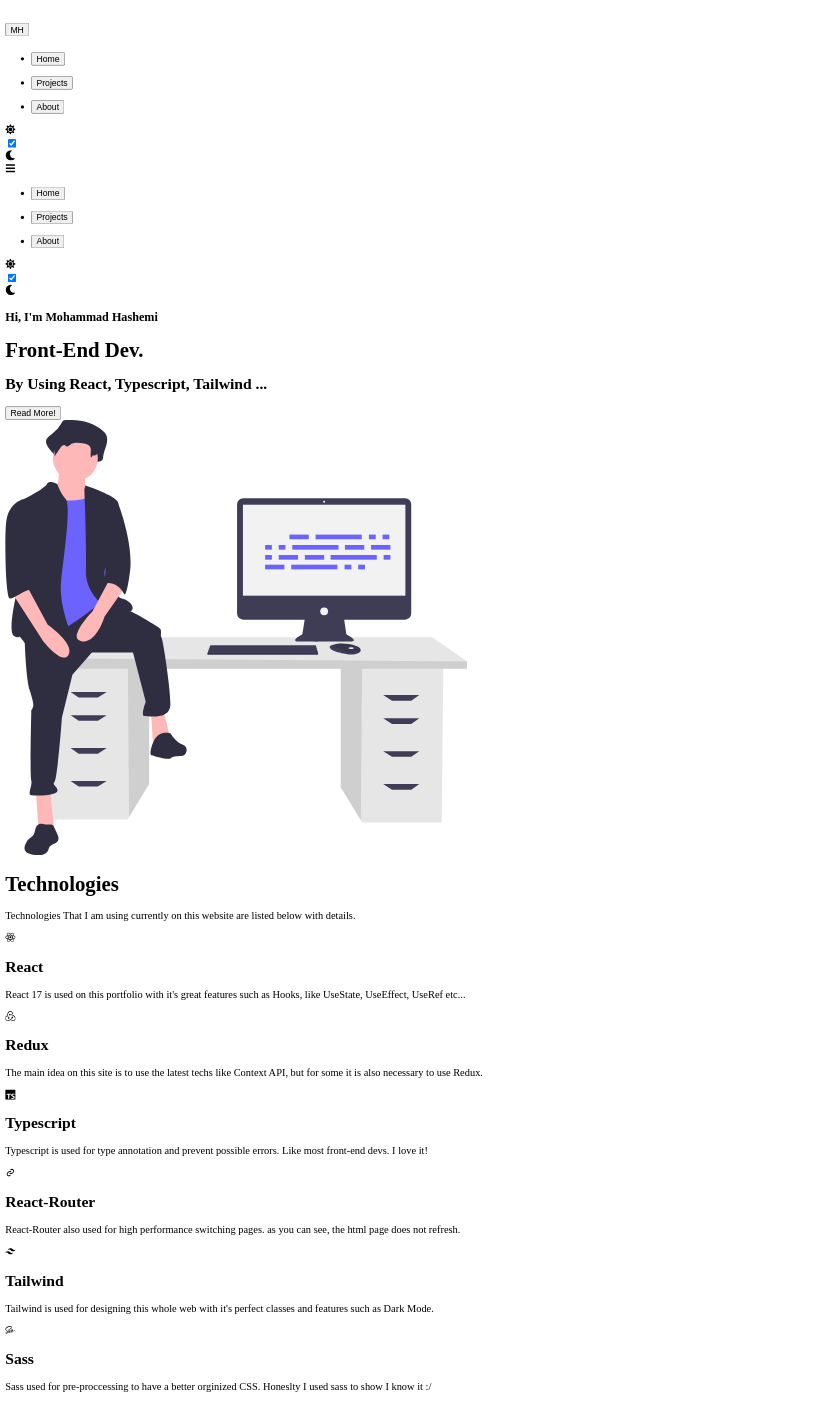
Repository: SMohammadH/react-typescript-tailwind
Page: /
These files come from the project's save history. The page is drawn as it stood at one moment and after a run of saves; the edit follows.
The browser window is 1280 px wide. The pictures show the whole page, at 65% of full size.
The project was rebuilt for these pictures with package versions that can differ from the ones it lists, and the page was loaded fresh each time. Also part of the build but not shown: craco.config.js.

Above is the page before, as saved 2021-02-05 06:39:20.

After the next 3 saves:
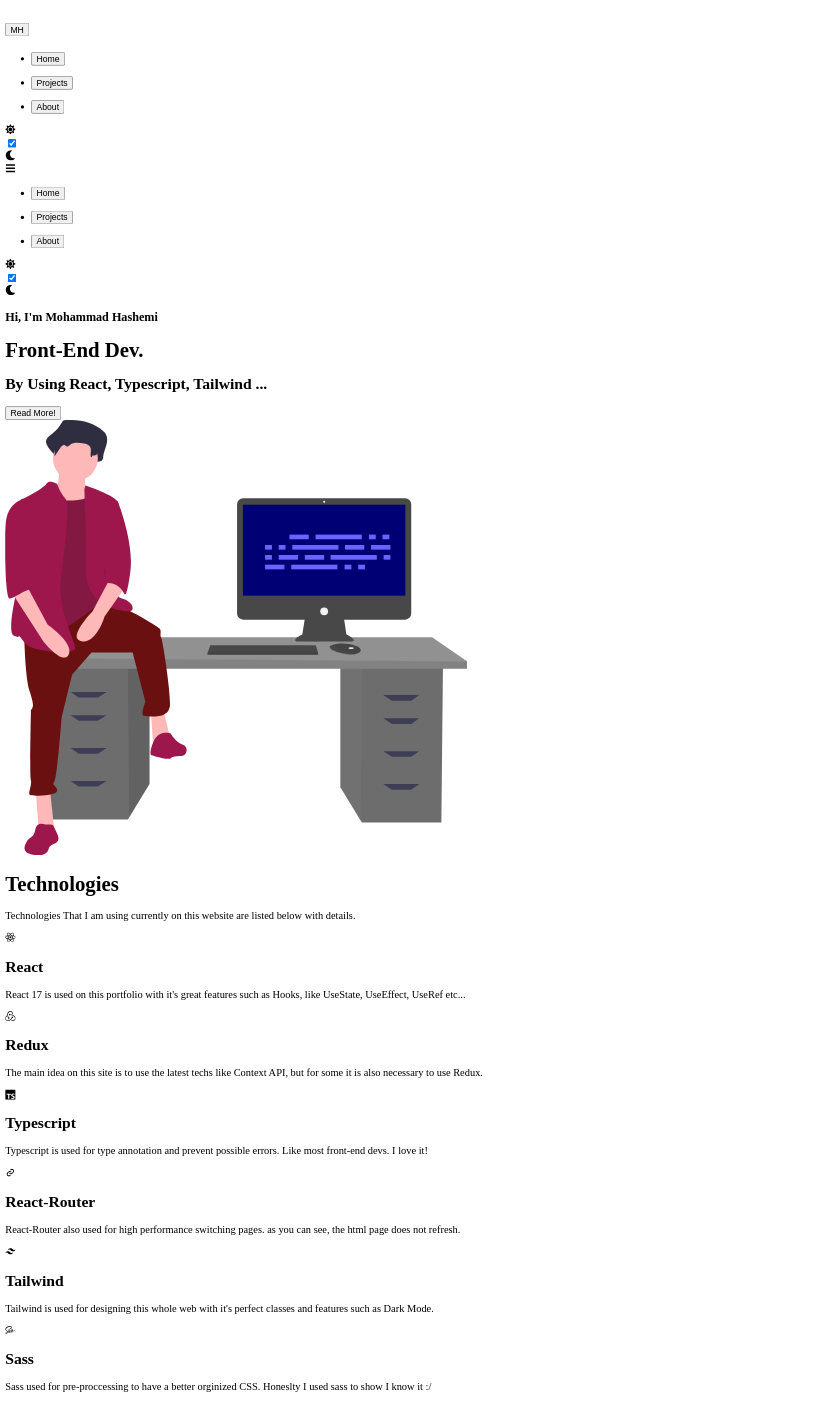
The 3 saves are shown as one change because 2 did not build or start.
The last was saved 11 min 3 s later.
--- a/src/components/FirstSection.tsx
+++ b/src/components/FirstSection.tsx
@@ -1,6 +1,8 @@
 import Proud from '../svg/proud.svg';
+import Dark from '../svg/dark.svg';
 
 export const FirstSection = () => {
+  const root = window.document.documentElement;
   return (
     <div className="bg-primary text-primary">
       <div className=" flex justify-between  space-x-20 p-10 pt-40 max-w-screen-xl mx-auto md:flex-row">
@@ -13,7 +15,11 @@
           <button className="btn">Read More!</button>
         </div>
         <div>
-          <img className="dark:hidden" src={Proud} alt="" />
+          {root.className === 'light' ? (
+            <img src={Proud} alt="" />
+          ) : (
+            <img src={Dark} alt="" />
+          )}
         </div>
       </div>
     </div>
